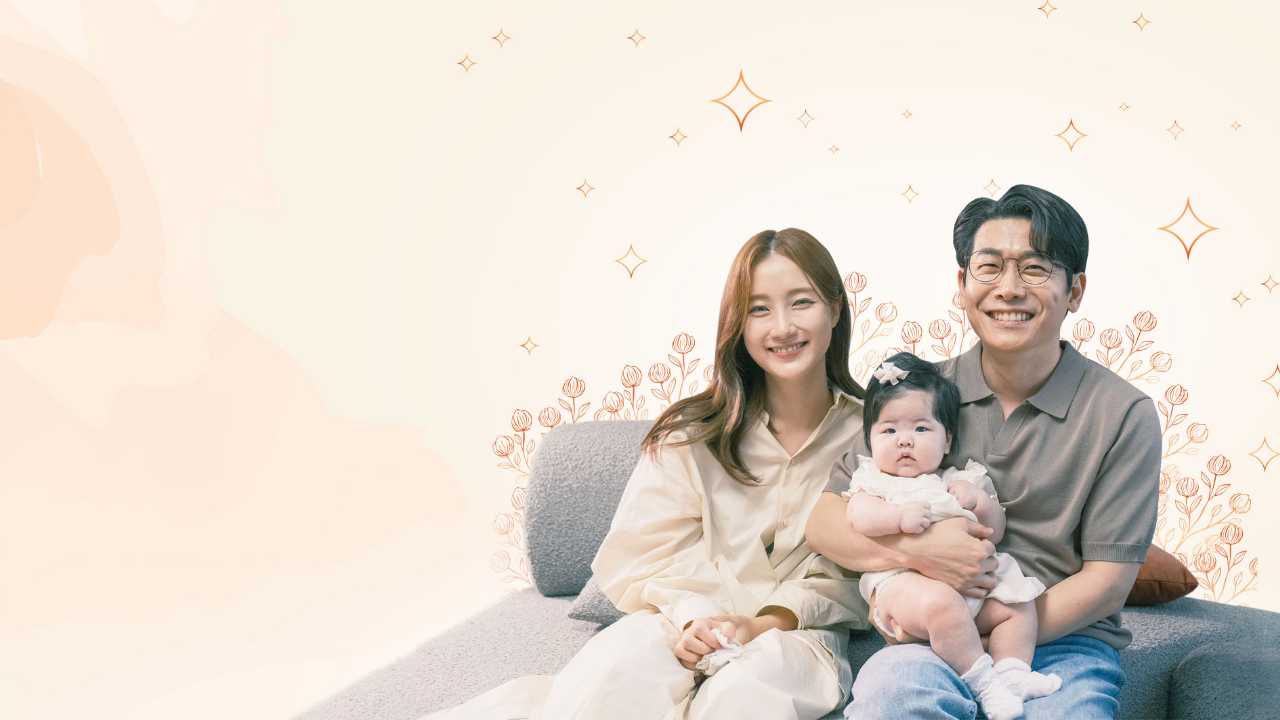
Repository: dlgywls1130/saveTheChildren
Page: index.html
The author's editor kept a copy of each file at every save. The page is drawn from the files as they stood at one save, then again after the next save.
The browser window is 1280 px wide. The pictures show the whole page.
The style sheet was rebuilt from its Sass, Less or Tailwind sources for each picture, by a compiler version that may differ from the author's.

Above is the page before, as saved 2024-11-01 18:28:07.

### index.html
<!DOCTYPE html>
<html lang="en">
<head>
    <meta charset="UTF-8">
    <meta name="viewport" content="width=device-width, initial-scale=1.0">
    <title>Document</title>

    <link rel="stylesheet" href="./css/common.css">
</head>
<body>

    <!-- main -->
    <section class="main_container">
        <div class="container">

        </div>
    </section>
</body>
</html>

### css/common.scss
// Reset CSS
@mixin reset {

    html,
    body,
    div,
    span,
    applet,
    object,
    iframe,
    h1,
    h2,
    h3,
    h4,
    h5,
    h6,
    p,
    blockquote,
    pre,
    a,
    abbr,
    acronym,
    address,
    big,
    cite,
    code,
    del,
    dfn,
    em,
    img,
    ins,
    kbd,
    q,
    s,
    samp,
    small,
    strike,
    strong,
    sub,
    sup,
    tt,
    var,
    b,
    u,
    i,
    center,
    dl,
    dt,
    dd,
    ol,
    ul,
    li,
    fieldset,
    form,
    label,
    legend,
    table,
    caption,
    tbody,
    tfoot,
    thead,
    tr,
    th,
    td,
    article,
    aside,
    canvas,
    details,
    embed,
    figure,
    figcaption,
    footer,
    header,
    hgroup,
    menu,
    nav,
    output,
    ruby,
    section,
    summary,
    time,
    mark,
    audio,
    video {
        margin: 0;
        padding: 0;
        border: 0;
        font-size: 100%;
        font: inherit;
        vertical-align: baseline;
    }

    /* HTML5 display-role reset for older browsers */
    article,
    aside,
    details,
    figcaption,
    figure,
    footer,
    header,
    hgroup,
    menu,
    nav,
    section {
        display: block;
    }

    body {
        line-height: 1;
    }

    ol,
    ul {
        list-style: none;
    }

    blockquote,
    q {
        quotes: none;

        &:before,
        &:after {
            content: '';
            content: none;
        }
    }

    table {
        border-collapse: collapse;
        border-spacing: 0;
    }
}

// Container
$container-width: 1315px;

// Colors
$colors: (
    'gray': #535353,
    'black': #020202,
    'brown': #665f5a,
    'teal': #00b2a9,
    'red': #ea4120,
    'bronze': #a56839,
    'olive': #727464,
    'sage': #858770
);

// Margins
$margins: (
    'mb-50': 50px,
    'mb-75': 75px
);

// Container Mixin
@mixin container {
    max-width: $container-width;
    margin: 0 auto;
    width: 100%;
}

// Margin Mixins
@each $name, $value in $margins {
    .#{$name} {
        margin-bottom: $value;
    }
}

// Apply Reset
@include reset;


// Base Container
.container {
    @include container;
}

// main

.main_container {
    background: url('/images/main_bg.jpg') no-repeat;
    width: 100vw;
    height: 100vh;
    background-size: cover;
    background-position: center;

    .container {}
}

After the next save:
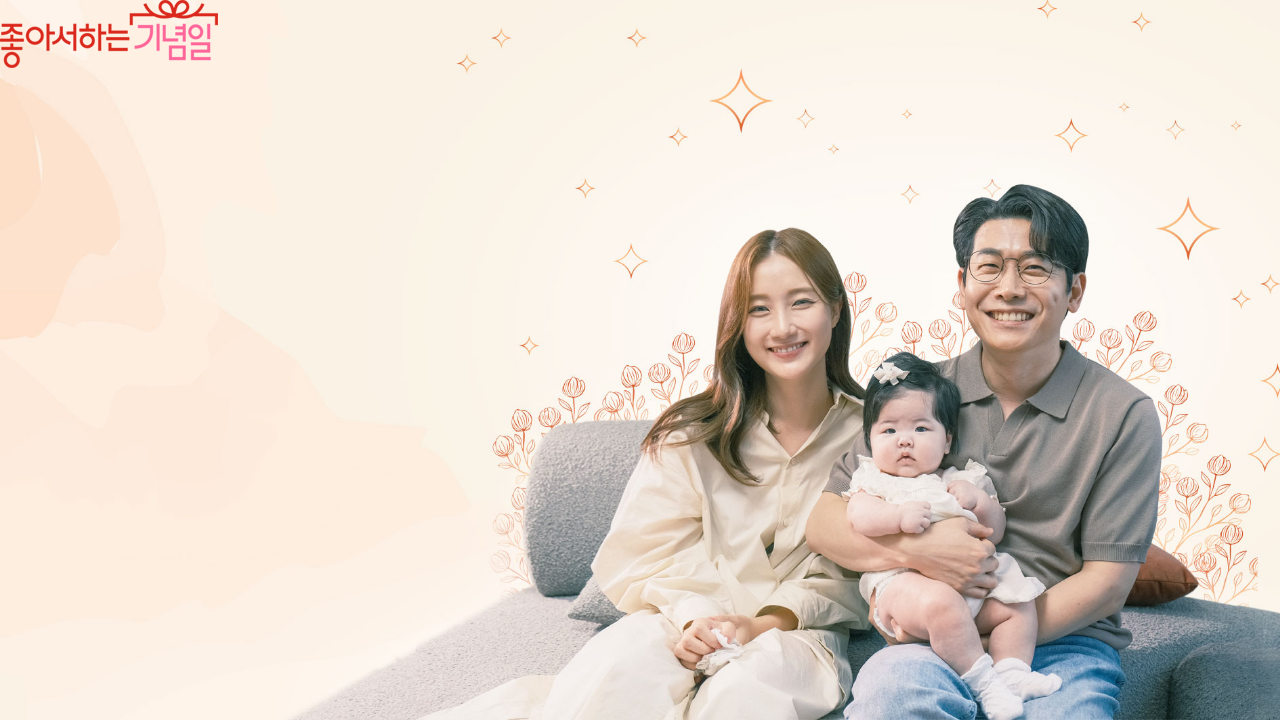
Saved 4 min 12 s later.
--- a/index.html
+++ b/index.html
@@ -12,7 +12,7 @@
     <!-- main -->
     <section class="main_container">
         <div class="container">
-
+            <img src="./images/logo.png">
         </div>
     </section>
 </body>
